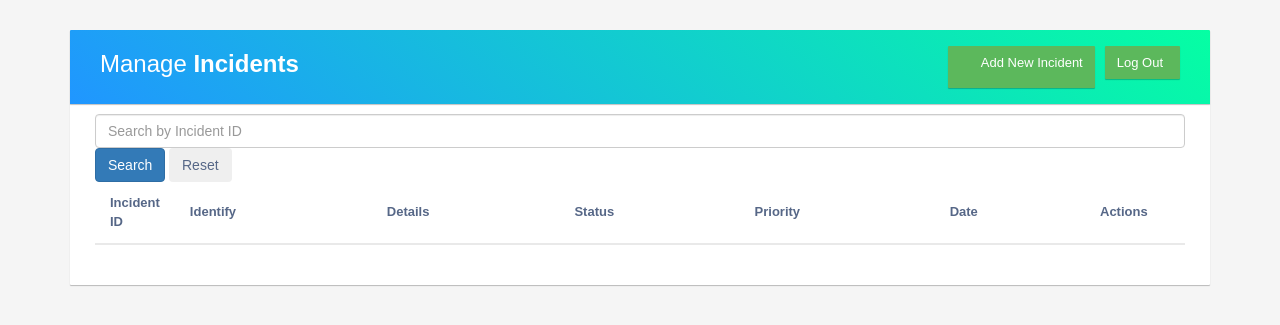
Repository: me-rohit-harsh/incident-management-system
Page: http://localhost/dashboard
An editor plug-in stored every save of this project. The page is shown before and after the next save, followed by the edit.
The browser window is 1280 px wide. The pictures show the whole page.
Some web fonts or font styles are not loaded; a fallback is used. The page is this project's Thymeleaf template; nobody is signed in. The template is opened directly, without the code that normally fills it, so the values that code supplies are empty.

Above is the page before, as saved 2024-05-05 11:47:16.

### incident/src/main/resources/templates/dashboard.html
<!DOCTYPE html>
<html xmlns:th="http://www.thymeleaf.org">

<head>
<meta charset="utf-8" />
<meta http-equiv="X-UA-Compatible" content="IE=edge" />
<meta name="viewport" content="width=device-width, initial-scale=1" />
<title>Incidents Dashboard</title>
<link rel="stylesheet"
	href="https://fonts.googleapis.com/css?family=Roboto|Varela+Round" />
<link rel="stylesheet"
	href="https://fonts.googleapis.com/icon?family=Material+Icons" />
<link rel="stylesheet"
	href="https://maxcdn.bootstrapcdn.com/font-awesome/4.7.0/css/font-awesome.min.css" />
<link rel="stylesheet"
	href="https://maxcdn.bootstrapcdn.com/bootstrap/3.3.7/css/bootstrap.min.css" />
<script
	src="https://ajax.googleapis.com/ajax/libs/jquery/1.12.4/jquery.min.js"></script>
<script
	src="https://maxcdn.bootstrapcdn.com/bootstrap/3.3.7/js/bootstrap.min.js"></script>
<link th:href="@{/css/style.css}" rel="stylesheet">


</head>

<body>
	<div class="container">
		<div th:if="${message}" class="alert" th:classappend="${alertClass}">
			<p th:text="${message}"></p>
		</div>
		<div class="table-wrapper">
			<div class="table-title">
				<div class="row">
					<div class="col-sm-6">
						<h2>
							Manage <b>Incidents</b>
						</h2>
					</div>
					<div class="col-sm-6">
						<form th:action="@{/logout}" method="post">
							<button type="submit" class="btn btn-success">
								<i class="fa-solid fa-right-from-bracket"></i> <span>Log
									Out</span>
							</button>
						</form>

						<a href="#addEmployeeModal" class="btn btn-success"
							data-toggle="modal"><i class="material-icons">&#xE147;</i> <span>Add
								New Incident</span></a>


					</div>
				</div>
			</div>
			<style>
.form-control{
display: inline;
}

</style>
			<form action="#" th:action="@{/admindashboard}" method="get"
				class="card p-3 my-3">

				<input type="text" name="incidentId" class="form-control d-inline"
					placeholder="Search by Incident ID">
				<button type="submit" class="btn btn-primary">
					<i class="fa-solid fa-magnifying-glass"></i> Search
				</button>
				<button type="submit" class="btn btn-secondary">
					<i class="fa-solid fa-rotate"></i> Reset
				</button>

			</form>

			<table class="table table-striped table-hover">
				<thead>
					<tr>
						<th>Incident ID</th>
						<th>Identify</th>
						<th>Details</th>
						<th>Status</th>
						<th>Priority</th>
						<th>Date</th>
						<th>Actions</th>
					</tr>
				</thead>
				<tbody>
					<tr th:each="incident : ${incidents}">
						<td th:text="${incident.id}"></td>
						<td th:text="${incident.identify}">User Email</td>
						<td th:text="${incident.details}">Details</td>
						<td th:text="${incident.status}">Status</td>
						<td th:text="${incident.priority}">Priority</td>
						<td th:text="${#dates.format(incident.reportedDate)}">Date</td>

						<td><a th:if="${incident.status != 'Closed'}"
							th:href="@{|/modifyincident/${incident.id}|}" class="edit"> <i
								class="material-icons" data-toggle="tooltip" title="Edit">&#xE254;</i>
						</a></td>


					</tr>
				</tbody>
			</table>

		</div>
	</div>
	<!-- Add Modal HTML -->
	<div id="addEmployeeModal" class="modal fade">
		<div class="modal-dialog">
			<div class="modal-content">
				<form th:action="@{/addIncident}" th:object="${incident}"
					method="post">
					<div class="modal-header">
						<h4 class="modal-title">Add Incidents</h4>
						<button type="button" class="close" data-dismiss="modal"
							aria-hidden="true">&times;</button>
					</div>
					<div class="modal-body">
						<div class="form-group">
							<label>Details</label>
							<textarea class="form-control" required name="details"></textarea>
						</div>
						<div class="form-group">
							<label>Identify</label> <select class="form-control"
								id="identity" name="identify">
								<option value="Enterprise">Enterprise</option>
								<option value="Government">Government</option>
							</select>
						</div>
						<div class="form-group">
							<label>Priority</label> <select class="form-control"
								id="identity" name="priority">
								<option value="High">High</option>
								<option value="Medium">Medium</option>
								<option value="Low">Low</option>
							</select>
						</div>

					</div>
					<div class="modal-footer">
						<input type="button" class="btn btn-default" data-dismiss="modal"
							value="Cancel" /> <input type="submit" class="btn btn-success"
							value="Add" />
					</div>
				</form>
			</div>
		</div>
	</div>

</body>

</html>

### incident/src/main/resources/static/css/style.css


        body {
            color: #566787;
            background: #f5f5f5;
            font-family: "Varela Round", sans-serif;
            font-size: 13px;
        }

        .table-wrapper {
            background: #fff;
            padding: 20px 25px;
            margin: 30px 0;
            border-radius: 1px;
            box-shadow: 0 1px 1px rgba(0, 0, 0, 0.247);
        }

        .table-title {
            padding-bottom: 15px;
            background: linear-gradient(40deg, #2096ff, #05ffa3) !important;
            color: #fff;
            padding: 16px 30px;
            margin: -20px -25px 10px;
            border-radius: 1px 1px 0 0;
            box-shadow: 0 1px 1px rgba(0, 0, 0, 0.247);
        }

        .table-title h2 {
            margin: 5px 0 0;
            font-size: 24px;
        }

        .table-title .btn-group {
            float: right;
        }

        .table-title .btn {
            color: #fff;
            float: right;
            font-size: 13px;
            border: none;
            min-width: 50px;
            border-radius: 1px;
            border: none;
            outline: none !important;
            margin-left: 10px;
            box-shadow: 0 1px 1px rgba(0, 0, 0, 0.247);
        }

        .table-title .btn i {
            float: left;
            font-size: 21px;
            margin-right: 5px;
        }

        .table-title .btn span {
            float: left;
            margin-top: 2px;
        }

        table.table tr th,
        table.table tr td {
            border-color: #e9e9e9;
            padding: 12px 15px;
            vertical-align: middle;
        }

        table.table tr th:first-child {
            width: 60px;
        }

        table.table tr th:last-child {
            width: 100px;
        }

        table.table-striped tbody tr:nth-of-type(odd) {
            background-color: #fcfcfc;
        }

        table.table-striped.table-hover tbody tr:hover {
            background: #f5f5f5;
        }

        table.table th i {
            font-size: 13px;
            margin: 0 5px;
            cursor: pointer;
        }

        table.table td:last-child i {
            opacity: 0.9;
            font-size: 22px;
            margin: 0 5px;
        }

        table.table td a {
            font-weight: bold;
            color: #566787;
            display: inline-block;
            text-decoration: none;
            outline: none !important;
        }

        table.table td a:hover {
            color: #2196f3;
        }

        table.table td a.edit {
            color: #ffc107;
        }

        table.table td a.delete {
            color: #f44336;
        }

        table.table td i {
            font-size: 19px;
        }

        table.table .avatar {
            border-radius: 1px;
            vertical-align: middle;
            margin-right: 10px;
        }

        .pagination {
            float: right;
            margin: 0 0 5px;
        }

        .pagination li a {
            border: none;
            font-size: 13px;
            min-width: 30px;
            min-height: 30px;
            color: #999;
            margin: 0 2px;
            line-height: 30px;
            border-radius: 1px !important;
            text-align: center;
            padding: 0 6px;
        }

        .pagination li a:hover {
            color: #666;
        }

        .pagination li.active a,
        .pagination li.active a.page-link {
            background: #03a9f4;
        }

        .pagination li.active a:hover {
            background: #0397d6;
        }

        .pagination li.disabled i {
            color: #ccc;
        }

        .pagination li i {
            font-size: 16px;
            padding-top: 6px;
        }

        .hint-text {
            float: left;
            margin-top: 10px;
            font-size: 13px;
        }

        /* Custom checkbox */
        .custom-checkbox {
            position: relative;
        }

        .custom-checkbox input[type="checkbox"] {
            opacity: 0;
            position: absolute;
            margin: 5px 0 0 3px;
            z-index: 9;
        }

        .custom-checkbox label:before {
            width: 18px;
            height: 18px;
        }

        .custom-checkbox label:before {
            content: "";
            margin-right: 10px;
            display: inline-block;
            vertical-align: text-top;
            background: white;
            border: 1px solid #bbb;
            border-radius: 1px;
            box-sizing: border-box;
            z-index: 2;
        }

        .custom-checkbox input[type="checkbox"]:checked+label:after {
            content: "";
            position: absolute;
            left: 6px;
            top: 3px;
            width: 6px;
            height: 11px;
            border: solid #000;
            border-width: 0 3px 3px 0;
            transform: inherit;
            z-index: 3;
            transform: rotateZ(45deg);
        }

        .custom-checkbox input[type="checkbox"]:checked+label:before {
            border-color: #03a9f4;
            background: #03a9f4;
        }

        .custom-checkbox input[type="checkbox"]:checked+label:after {
            border-color: #fff;
        }

        .custom-checkbox input[type="checkbox"]:disabled+label:before {
            color: #b8b8b8;
            cursor: auto;
            box-shadow: none;
            background: #ddd;
        }

        /* Modal styles */
        .modal .modal-dialog {
            max-width: 400px;
        }

        .modal .modal-header,
        .modal .modal-body,
        .modal .modal-footer {
            padding: 20px 30px;
        }

        .modal .modal-content {
            border-radius: 1px;
        }

        .modal .modal-footer {
            background: #ecf0f1;
            border-radius: 0 0 1px 1px;
        }

        .modal .modal-title {
            display: inline-block;
        }

        .modal .form-control {
            border-radius: 1px;
            box-shadow: none;
            border-color: #dddddd;
        }

        .modal textarea.form-control {
            resize: vertical;
        }

        .modal .btn {
            border-radius: 1px;
            min-width: 100px;
        }

        .modal form label {
            font-weight: normal;
        }

After the next save:
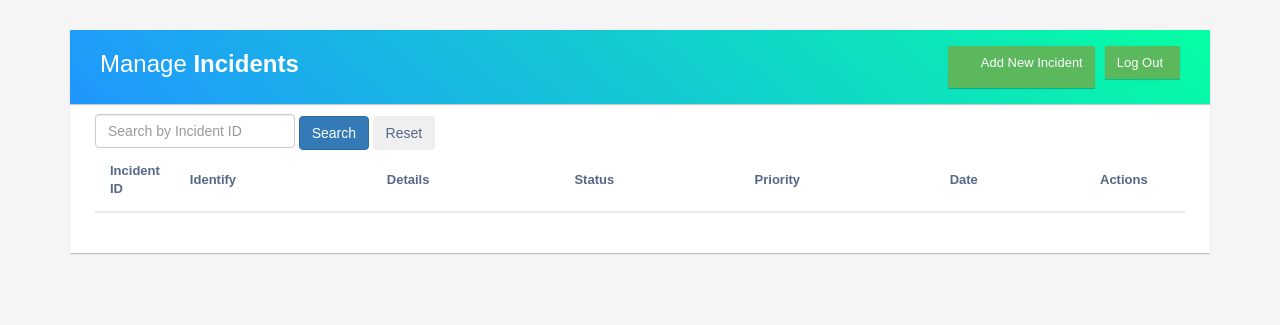
Saved 12 s later.
--- a/incident/src/main/resources/templates/dashboard.html
+++ b/incident/src/main/resources/templates/dashboard.html
@@ -55,6 +55,7 @@
 			<style>
 .form-control{
 display: inline;
+width:200px;
 }
 
 </style>
